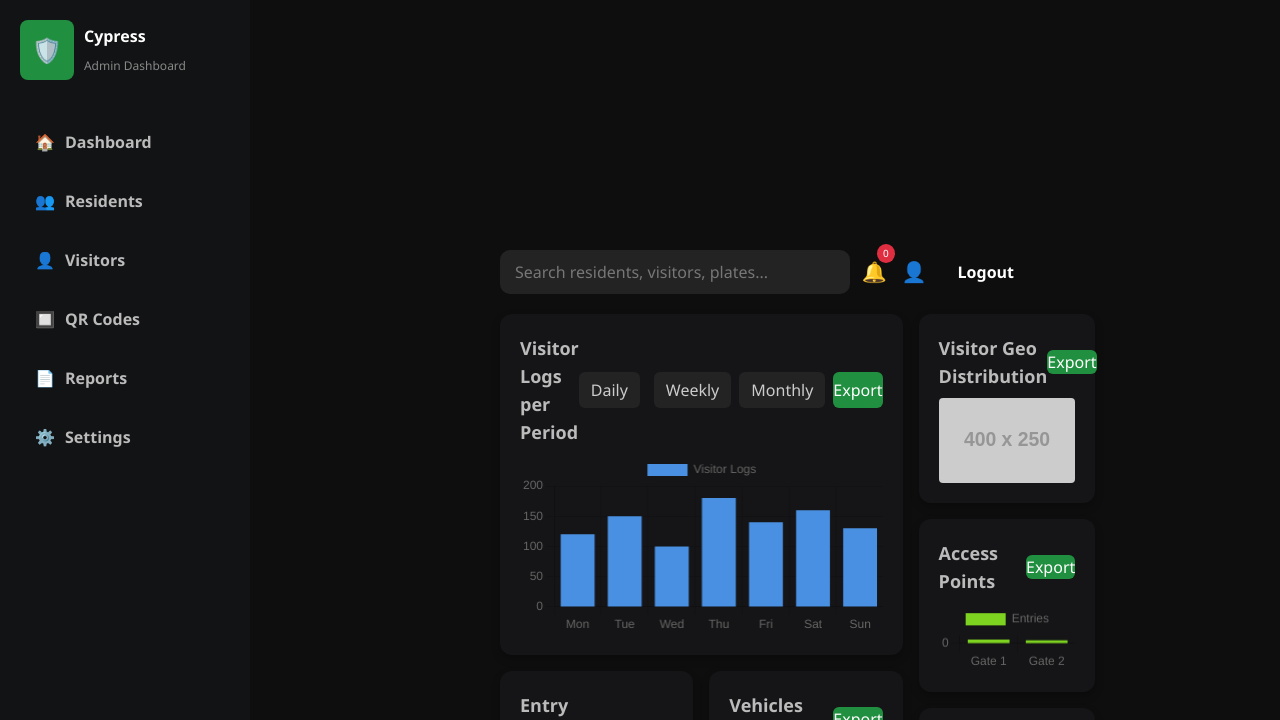
Repository: camuramon/my-project
Page: templates/admin/reports.html
The author's editor kept a copy of each file at every save. The page is drawn from the files as they stood at one save, then again after the next save.
The browser window is 1280 px wide. The pictures show the whole page.
An inner scrolling area shows only its first screen. Some web libraries are served in a nearby version. The template is drawn by Flask 3. The application's start-up code is not run. Other server files are loaded and not shown. The template is opened directly, without the code that normally fills it, so the values that code supplies are empty.

Above is the page before, as saved 2025-09-14 00:24:36.
Console error: TypeError: Cannot read properties of null (reading 'addEventListener')

### templates/admin/reports.html
<!DOCTYPE html>
<html lang="en">
<head>
    <meta charset="UTF-8">
    <meta name="viewport" content="width=device-width, initial-scale=1.0">
    <title>VMS Reports Dashboard</title>

    <link rel="stylesheet" href="{{ url_for('static', filename='css/report.css') }}">
    <script src="https://cdn.jsdelivr.net/npm/chart.js"></script>
    <script src="https://cdn.tailwindcss.com"></script>
</head>
<body>
    <div class="container">
        <aside class="sidebar">
            <div class="logo">
                <div class="icon">🛡️</div>
                <div class="title">
                    <h2>Cypress</h2>
                    <span>Admin Dashboard</span>
                </div>
            </div>
            <nav>
                <ul class="sidebar-menu">
                    <li class="{% if request.path == url_for('admin_dashboard') %}active{% endif %}">
                        <a href="{{ url_for('admin_dashboard') }}"><span class="icon">🏠</span> Dashboard</a>
                    </li>
                    <li class="{% if request.path == url_for('admin_residents') %}active{% endif %}">
                        <a href="{{ url_for('admin_residents') }}"><span class="icon">👥</span> Residents</a>
                    </li>
                    <li class="{% if request.path == url_for('admin_visitors') %}active{% endif %}">
                        <a href="{{ url_for('admin_visitors') }}"><span class="icon">👤</span> Visitors</a>
                    </li>
                    <li><a href="#"><span class="icon">🔲</span> QR Codes</a></li>
                    <li class="{% if request.path == url_for('admin_reports') %}active{% endif %}">
                        <a href="{{ url_for('admin_reports') }}"><span class="icon">📄</span> Reports</a>
                    </li>
                    <li class="{% if request.path == url_for('admin_settings') %}active{% endif %}">
                        <a href="{{ url_for('admin_settings') }}"><span class="icon">⚙️</span> Settings</a>
                    </li>
                </ul>
            </nav>
        </aside>

        <main class="main-content">
            <header class="top-bar">
                <div class="search-bar">
                    <input type="search" placeholder="Search residents, visitors, plates..." />
                </div>
                <div class="top-icons">
                    <button class="icon-btn">🔔<span class="notification-count">{{ notifications|length }}</span></button>
                    <button class="icon-btn">👤</button>
                    <button id="logout-button" class="btn btn-gray text-white font-semibold py-2 px-4 rounded-full">
                Logout
            </button>
                </div>
            </header>
<script>
       document.getElementById('logout-button').addEventListener('click', function() {
    window.location.href = "/logout";   // ✅ tatawag sa Flask logout route
});
</script>
            <section class="flex flex-col lg:flex-row gap-4">
                <div class="flex-1 space-y-4">
                    <div class="card">
                        <div class="flex justify-between items-center mb-2">
                            <h3 class="text-lg font-semibold">Visitor Logs per Period</h3>
                            <div class="flex space-x-2">
                                <button class="btn-chart-toggle" data-period="daily">Daily</button>
                                <button class="btn-chart-toggle" data-period="weekly">Weekly</button>
                                <button class="btn-chart-toggle" data-period="monthly">Monthly</button>
                                <button class="btn-green">Export</button>
                            </div>
                        </div>
                        <canvas id="barChart"></canvas>
                    </div>

                    <div class="grid grid-cols-1 md:grid-cols-2 gap-4">
                        <div class="card">
                            <div class="flex justify-between items-center mb-2">
                                <h3 class="text-lg font-semibold">Entry Purpose Distribution</h3>
                                <button class="btn-green">Export</button>
                            </div>
                            <canvas id="horizontalChart"></canvas>
                        </div>
                        <div class="card">
                            <div class="flex justify-between items-center mb-2">
                                <h3 class="text-lg font-semibold">Vehicles Used</h3>
                                <button class="btn-green">Export</button>
                            </div>
                            <canvas id="pieChart"></canvas>
                        </div>
                    </div>
                </div>

                <div class="lg:w-1/3 space-y-4">
                    <div class="card">
                        <div class="flex justify-between items-center mb-2">
                            <h3 class="text-lg font-semibold">Visitor Geo Distribution</h3>
                            <button class="btn-green">Export</button>
                        </div>
                        <img src="https://placehold.co/400x250" alt="Geo map" class="w-full rounded">
                    </div>
                    <div class="card">
                        <div class="flex justify-between items-center mb-2">
                            <h3 class="text-lg font-semibold">Access Points</h3>
                            <button class="btn-green">Export</button>
                        </div>
                        <canvas id="accessChart"></canvas>
                    </div>
                    <div class="card">
                        <div class="flex justify-between items-center mb-2">
                            <h3 class="text-lg font-semibold">Device Access</h3>
                            <button class="btn-green">Export</button>
                        </div>
                        <canvas id="deviceChart"></canvas>
                    </div>
                </div>
            </section>

            <section class="grid grid-cols-1 md:grid-cols-2 gap-4 mt-4">
                <div class="card">
                    <h3 class="text-lg font-semibold mb-2">Visitor Logs</h3>
                    <div class="overflow-x-auto">
                        <table class="w-full text-sm">
                            <thead>
                                <tr class="border-b border-gray-600">
                                    <th class="text-left p-2">Name</th>
                                    <th class="text-left p-2">Purpose</th>
                                    <th class="text-left p-2">Vehicle</th>
                                    <th class="text-left p-2">Time In/Out</th>
                                    <th class="text-left p-2">Status</th>
                                </tr>
                            </thead>
                            <tbody>
                                <tr class="border-b border-gray-600 hover:bg-gray-800">
                                    <td class="p-2">John Doe</td>
                                    <td class="p-2">Delivery</td>
                                    <td class="p-2">Car</td>
                                    <td class="p-2">9:00 AM / 9:15 AM</td>
                                    <td class="p-2">Exited</td>
                                </tr>
                                <tr class="border-b border-gray-600 hover:bg-gray-800">
                                    <td class="p-2">Jane Smith</td>
                                    <td class="p-2">Guest</td>
                                    <td class="p-2">Motorcycle</td>
                                    <td class="p-2">10:00 AM / -</td>
                                    <td class="p-2">Inside</td>
                                </tr>
                            </tbody>
                        </table>
                    </div>
                    <a href="#" class="text-blue-400 float-right mt-2">View All</a>
                    <button class="btn-green mt-2">Export</button>
                </div>
                <div class="card">
                    <h3 class="text-lg font-semibold mb-2">Resident Reports</h3>
                    <div class="overflow-x-auto">
                        <table class="w-full text-sm">
                            <thead>
                                <tr class="border-b border-gray-600">
                                    <th class="text-left p-2">Name</th>
                                    <th class="text-left p-2">Status</th>
                                </tr>
                            </thead>
                            <tbody>
                                <tr class="border-b border-gray-600 hover:bg-gray-800">
                                    <td class="p-2">Alice Johnson</td>
                                    <td class="p-2"><span class="bg-green-600 px-2 py-1 rounded">Active</span></td>
                                </tr>
                                <tr class="border-b border-gray-600 hover:bg-gray-800">
                                    <td class="p-2">Bob Lee</td>
                                    <td class="p-2"><span class="bg-yellow-600 px-2 py-1 rounded">Suspended</span></td>
                                </tr>
                                <tr class="border-b border-gray-600 hover:bg-gray-800">
                                    <td class="p-2">Charlie Brown</td>
                                    <td class="p-2"><span class="bg-red-600 px-2 py-1 rounded">Blacklisted</span></td>
                                </tr>
                            </tbody>
                        </table>
                    </div>
                    <a href="#" class="text-blue-400 float-right mt-2">View All</a>
                    <button class="btn-green mt-2">Export</button>
                </div>
            </section>
        </main>
    </div>
    <script src="{{ url_for('static', filename='js/report.js') }}"></script>
</body>
</html>

### static/css/report.css
/* ===========================
   RESET & BASE STYLES
=========================== */
* {
  box-sizing: border-box;
  margin: 0;
  padding: 0;
}

html, body {
  height: 100%;
  width: 100%;
  margin: 0;
  padding: 0;
  overflow-x: hidden;
}

body {
  font-family: 'Segoe UI', Tahoma, Geneva, Verdana, sans-serif;
  background-color: #0e0e0f;
  color: #ddd;
  min-height: 100vh;
}

/* ===========================
   LAYOUT
=========================== */
.container {
  display: flex;
  min-height: 100vh;
}

/* ===========================
   SIDEBAR
=========================== */
.sidebar {
  width: 250px;
  height: 100vh;
  background-color: #121314;
  padding: 20px;
  position: fixed;
  top: 0;
  left: 0;
  z-index: 10;
  flex-shrink: 0;
}

.logo {
  display: flex;
  align-items: center;
  margin-bottom: 40px;
}

.logo .icon {
  background-color: #208f3f;
  padding: 12px;
  border-radius: 8px;
  font-size: 24px;
  color: white;
  margin-right: 10px;
}

.logo .title h2 {
  font-weight: 700;
  color: white;
  margin-bottom: 4px;
}

.logo .title span {
  font-size: 12px;
  color: #888;
}

.sidebar-menu {
  list-style: none;
  padding: 0;
}

.sidebar-menu li {
  margin: 15px 0;
}

.sidebar-menu li a {
  text-decoration: none;
  color: #bbb;
  font-weight: 600;
  display: flex;
  align-items: center;
  gap: 10px;
  font-size: 16px;
  padding: 10px 15px;
  border-radius: 8px;
  transition: background-color 0.3s ease, color 0.3s ease;
}

.sidebar-menu li.active a {
  background-color: #2a2a2e;
  color: white;
}

.sidebar-menu li a:hover {
  background-color: #1d1d1f;
  color: white;
}

/* ===========================
   MAIN CONTENT
=========================== */
.main-content {
  flex-grow: 1;
  /* 🔑 Fix: Add margin-left to prevent content from going under the fixed sidebar */
  margin-left: 250px;
  padding: 250px;
  background-color: #0e0e0f;
  min-height: 100vh;
  width: calc(100% - 250px);
  overflow-x: hidden;
  box-sizing: border-box;
}

/* ===========================
   TOP BAR
=========================== */
.top-bar {
  display: flex;
  justify-content: space-between;
  align-items: center;
  margin-bottom: 20px;
}

.search-bar input {
  width: 350px;
  padding: 10px 15px;
  border: none;
  border-radius: 10px;
  background-color: #232324;
  color: #ccc;
  font-size: 16px;
}

.search-bar input::placeholder {
  color: #777;
}

.top-icons {
  display: flex;
  gap: 15px;
}

.icon-btn {
  background: none;
  border: none;
  color: #ccc;
  font-size: 20px;
  position: relative;
  cursor: pointer;
}

.notification-count {
  position: absolute;
  top: -8px;
  right: -8px;
  background-color: #e02e41;
  font-size: 10px;
  padding: 2px 6px;
  border-radius: 50%;
  color: white;
}

/* ===========================
   CARDS
=========================== */
.card {
  background-color: #151517;
  border-radius: 12px;
  padding: 20px;
  color: #bbb;
  box-shadow: 0 4px 8px rgba(0,0,0,0.25);
  transition: box-shadow 0.3s ease;
}

.card:hover {
  box-shadow: 0 6px 20px rgba(74,144,226,0.7);
}

.card h2 {
  color: white;
  font-weight: 800;
  font-size: 22px;
  margin-bottom: 10px;
}

/* ===========================
   BUTTONS
=========================== */
button {
  cursor: pointer;
  border: none;
  border-radius: 6px;
  font-weight: 600;
  padding: 8px 14px;
  font-size: 14px;
}

.btn-green {
  background-color: #208f3f;
  color: white;
  transition: 0.3s;
}

.btn-green:hover {
  background-color: #27b34c;
  box-shadow: 0 0 10px #27b34c;
}

.btn-chart-toggle {
  background-color: #232324;
  color: #ccc;
  margin-right: 6px;
  border-radius: 6px;
  padding: 6px 12px;
  cursor: pointer;
  transition: 0.3s;
}

.btn-chart-toggle:hover {
  background-color: #4A90E2;
  color: white;
}

/* ===========================
   TABLES
=========================== */
table {
  width: 100%;
  border-collapse: collapse;
  table-layout: fixed;
}

th, td {
  text-align: left;
  padding: 10px;
  font-size: 14px;
  color: #ddd;
}

thead {
  background-color: #2a2a2e;
}

tr {
  border-bottom: 1px solid #333;
}

tr:hover {
  background-color: #252527;
}

/* ===========================
   CHARTS
=========================== */
.chart-container canvas {
  width: 100% !important;
  height: auto !important;
  max-height: 300px;
}

### static/js/report.js
// Bar Chart
const barCtx = document.getElementById('barChart').getContext('2d');
let period = 'daily';
const barData = {
  daily: [120, 150, 100, 180, 140, 160, 130],
  weekly: [850, 900, 880, 920],
  monthly: [3200, 3500, 3400]
};
const barChart = new Chart(barCtx, {
  type: 'bar',
  data: {
    labels: ['Mon', 'Tue', 'Wed', 'Thu', 'Fri', 'Sat', 'Sun'],
    datasets: [{
      label: 'Visitor Logs',
      data: barData.daily,
      backgroundColor: '#4A90E2'
    }]
  },
  options: {
    responsive: true,
    maintainAspectRatio: true, // ✅ prevents chart from over-expanding
    plugins: {
      tooltip: { enabled: true }
    }
  }
});

document.querySelectorAll('.btn-chart-toggle').forEach(btn => {
  btn.addEventListener('click', (e) => {
    period = e.target.dataset.period;
    const labels = period === 'daily'
      ? ['Mon', 'Tue', 'Wed', 'Thu', 'Fri', 'Sat', 'Sun']
      : (period === 'weekly'
        ? ['Week 1', 'Week 2', 'Week 3', 'Week 4']
        : ['Jan', 'Feb', 'Mar']);
    barChart.data.labels = labels;
    barChart.data.datasets[0].data = barData[period];
    barChart.update();
  });
});

// Horizontal Stacked Bar
const horCtx = document.getElementById('horizontalChart').getContext('2d');
new Chart(horCtx, {
  type: 'bar',
  data: {
    labels: ['Delivery', 'Guest', 'Service', 'Other'],
    datasets: [{
      label: 'Purpose',
      data: [200, 150, 100, 50],
      backgroundColor: ['#7ED321', '#F5A623', '#4A90E2', '#D0021B']
    }]
  },
  options: {
    indexAxis: 'y',
    responsive: true,
    maintainAspectRatio: true // ✅ keep it proportional
  }
});

// Pie Chart
const pieCtx = document.getElementById('pieChart').getContext('2d');
new Chart(pieCtx, {
  type: 'pie',
  data: {
    labels: ['Car', 'Motorcycle', 'Bicycle', 'Other'],
    datasets: [{
      data: [500, 300, 100, 100],
      backgroundColor: ['#4A90E2', '#7ED321', '#F5A623', '#D0021B']
    }]
  },
  options: {
    responsive: true,
    maintainAspectRatio: true // ✅
  }
});

// Access Points Chart
const accCtx = document.getElementById('accessChart').getContext('2d');
new Chart(accCtx, {
  type: 'bar',
  data: {
    labels: ['Gate 1', 'Gate 2'],
    datasets: [{
      label: 'Entries',
      data: [250, 200],
      backgroundColor: '#7ED321'
    }]
  },
  options: {
    responsive: true,
    maintainAspectRatio: true // ✅
  }
});

// Export buttons (placeholder)
document.querySelectorAll('.btn-export, .btn-green').forEach(btn => {
  if (btn.classList.contains('btn-export')) {
    btn.style.display = 'inline-block';
  }
  btn.addEventListener('click', () => {
    alert('Export functionality coming soon!');
  });
});

// Filter button
document.querySelector('.btn-filter').addEventListener('click', () => {
  alert('Filter modal or functionality here!');
});

After the next save:
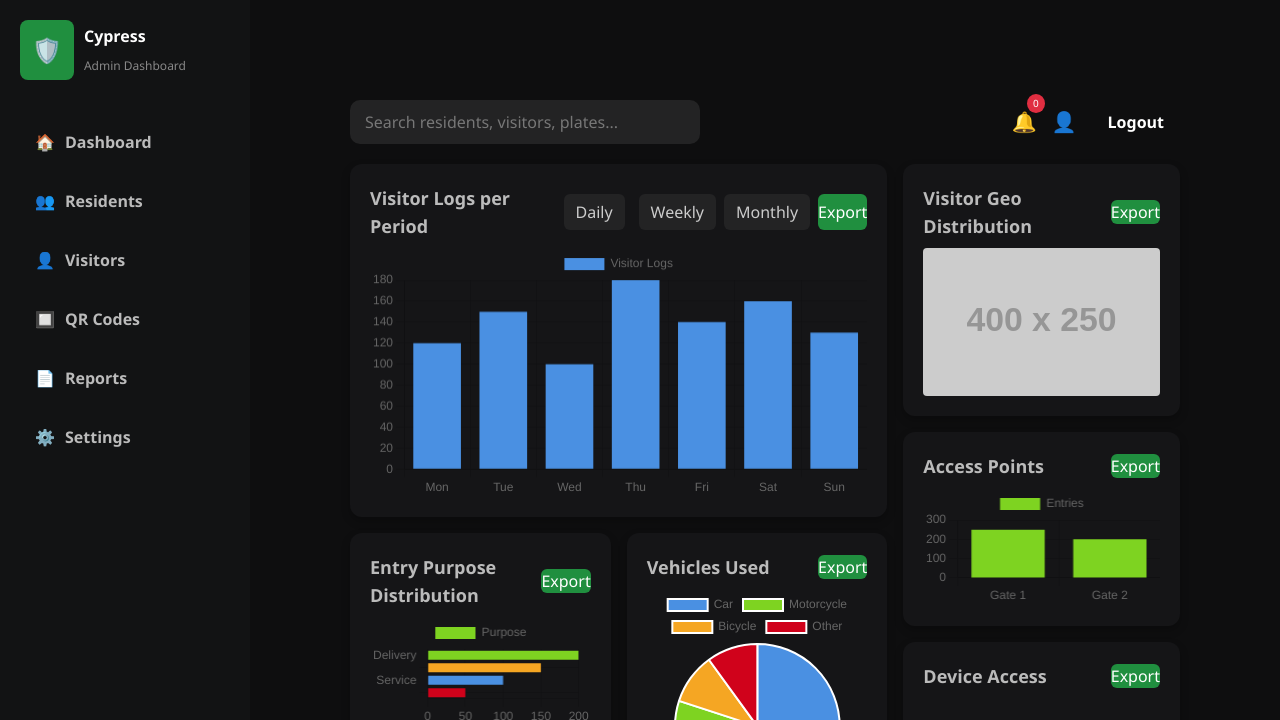
Saved 8 s later.
--- a/static/css/report.css
+++ b/static/css/report.css
@@ -110,7 +110,7 @@ body {
   flex-grow: 1;
   /* 🔑 Fix: Add margin-left to prevent content from going under the fixed sidebar */
   margin-left: 250px;
-  padding: 250px;
+  padding: 100px;
   background-color: #0e0e0f;
   min-height: 100vh;
   width: calc(100% - 250px);
